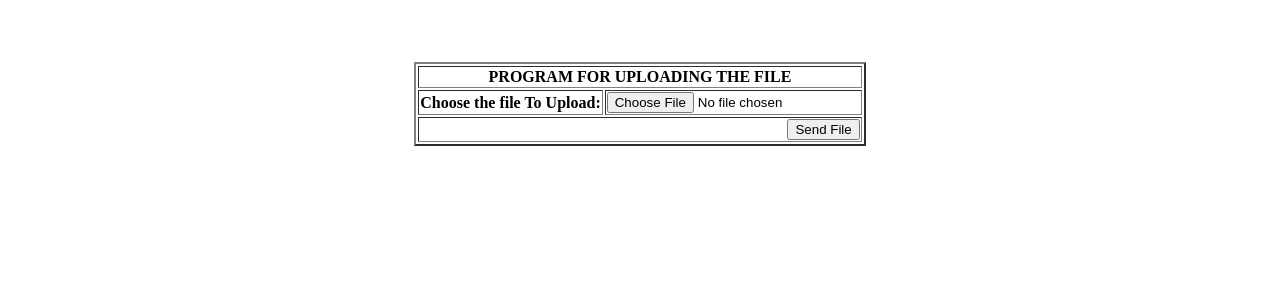
Repository: rplopes/j2ee_ejb
Page: http://localhost/PhaseBookWeb/uploader.jsp
An editor plug-in stored every save of this project. The page is shown before and after the next save, followed by the edit.
The browser window is 1280 px wide. The pictures show the whole page.
The page is served by Tomcat 9.

Above is the page before, as saved 2011-10-22 17:15:55.

After the next save:
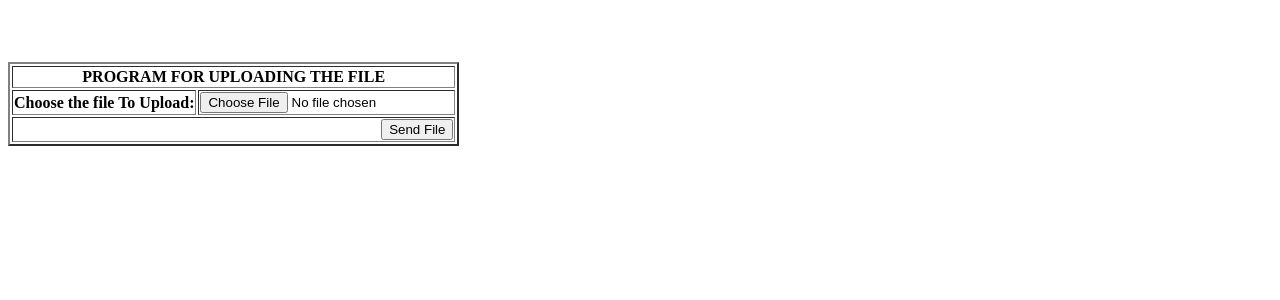
Saved 41 s later.
--- a/PhaseBookWeb/WebContent/uploader.jsp
+++ b/PhaseBookWeb/WebContent/uploader.jsp
@@ -6,14 +6,12 @@
 	<BODY>
 		<FORM ENCTYPE="multipart/form-data" ACTION="sinle_upload_page.jsp" METHOD=POST>
 			<br><br><br>
-			<center>
 				<table border="2">
-				<tr><center><td colspan="2"><p align="center"><B>PROGRAM FOR UPLOADING THE FILE</B></center></td></tr>
+				<tr><td colspan="2"><p align="center"><B>PROGRAM FOR UPLOADING THE FILE</B></td></tr>
 				<tr><td><b>Choose the file To Upload:</b></td> <td><INPUT NAME="F1" TYPE="file"></td></tr>
 				<tr><td colspan="2">
 				<p align="right"><INPUT TYPE="submit" VALUE="Send File" ></p></td></tr>
              	</table>
-     		</center>
 		</FORM>
 	</BODY>
 </HTML>
